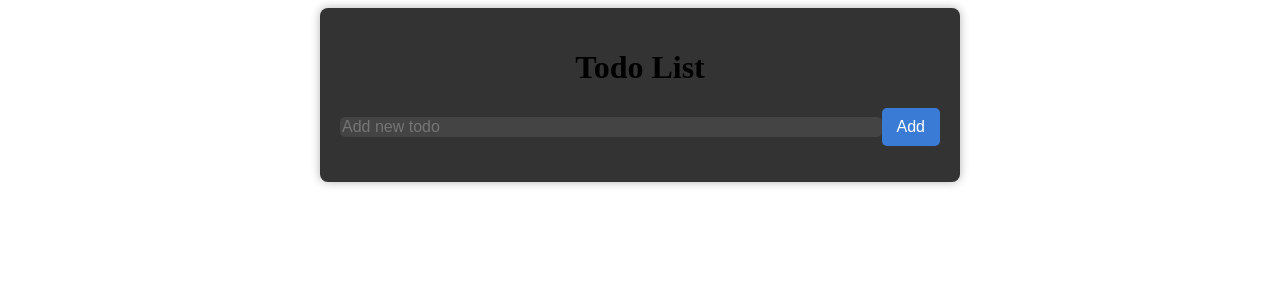
Repository: Tobby004/Todo-assignment
Page: / (app in todo-list-app/)
An editor plug-in stored every save of this project. The page is shown before and after the next save, followed by the edit.
The browser window is 1280 px wide. The pictures show the whole page.
The project was rebuilt for these pictures with package versions that can differ from the ones it lists, and the page was loaded fresh each time. Also part of the build but not shown: todo-list-app/vue.config.js.

Above is the page before, as saved 2023-12-06 16:06:13.

After the next save:
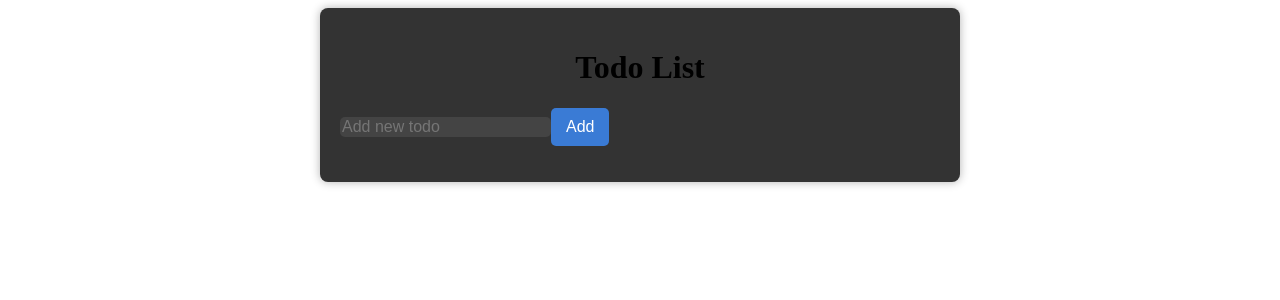
Saved 31 s later.
--- a/todo-list-app/src/App.vue
+++ b/todo-list-app/src/App.vue
@@ -78,7 +78,6 @@ h1 {
 }
 
 .input-field {
-  width: calc(100% - 60px);
   border: none;
   border-radius: 5px;
   font-size: 16px;
